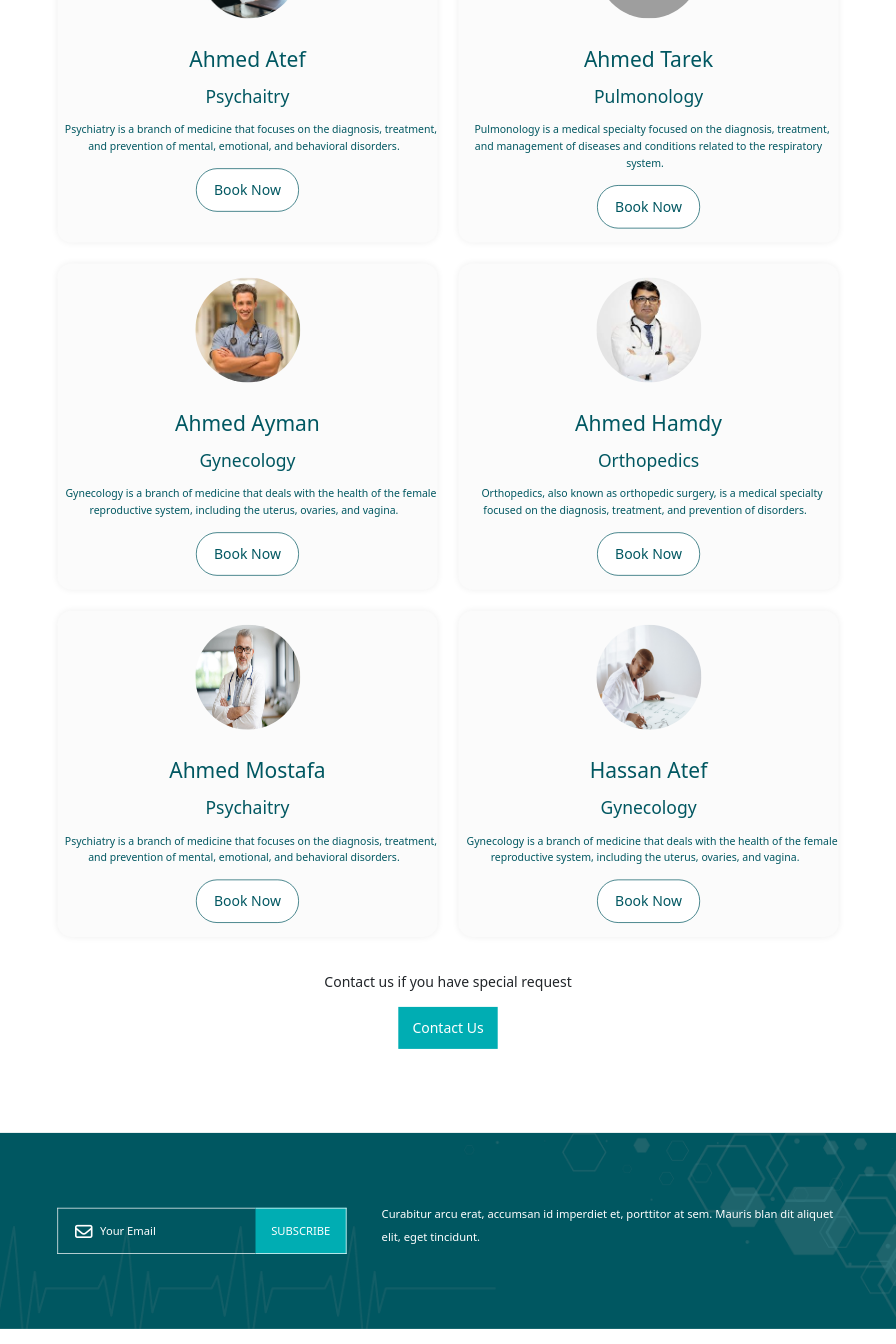
Repository: Ahmed123rezk123/Clinic
Page: index.html
The author's editor kept a copy of each file at every save. The page is drawn from the files as they stood at one save, then again after the next save.
The browser window is 1280 px wide. The pictures show the part of the page from y = 2769 to 4689 px (the page is 6039 px tall before and 6015 px after), at 70% of full size.
Pictures or frames that could not be fetched are drawn as grey boxes. Some web fonts or font styles are not loaded; a fallback is used.

Above is the page before, as saved 2024-04-26 18:52:26.

### index.html
<!DOCTYPE html>
<html lang="en">
  <head>
    <meta charset="UTF-8" />
    <meta name="viewport" content="width=device-width, initial-scale=1.0" />
    <title>Clinic</title>
    <!-- Render All Elements Normally -->
    <link rel="stylesheet" href="css/normalize.css" />
    <!-- Font Awesome Library -->
    <link rel="stylesheet" href="css/all.min.css" />
    <!-- Main Temlate css file -->
    <link rel="stylesheet" href="css/style.css" />
    <!-- Google Fonts -->
    <link rel="preconnect" href="https://fonts.googleapis.com" />
    <link rel="preconnect" href="https://fonts.gstatic.com" crossorigin />
    <link
      href="https://fonts.googleapis.com/css2?family=Edu+TAS+Beginner:wght@500&family=Open+Sans:wght@400;700&display=swap"
      rel="stylesheet"
    />
    <link href="https://cdn.jsdelivr.net/npm/bootstrap@5.3.2/dist/css/bootstrap.min.css" rel="stylesheet">
  </head>
  <body>
    <!-- Start Header -->
    <header>
      <div class="container" id="top">
        <a href="#" class="logo">
          <img src="images/logo.svg" alt="Logo" />
        </a>
        <nav>
          <i class="fas fa-bars menu"></i>
          <ul>
            <li><a href="#" class="active">Home</a></li>
            <li><a href="#">Services</a></li>
            <li><a href="#">Doctors</a></li>
            <li><a href="#">Blog</a></li>
            <li><a href="#">Contact</a></li>
          </ul>
          <div class="form">
            <i class="fas fa-search"></i>
          </div>
        </nav>
      </div>
    </header>
    <!-- End Header -->
    <!-- Start Landing -->
    <section class="landing">
      <div class="overlay">
        <div class="text">
          <div class="content">
            <h2>
              Welcome To Doclab<br />
              We get will soon
            </h2>
            <p>
              The new Doclab Hydro Renewal Ampoule is the latest K-Beauty secret
              of skin renewal and revitalization invention.
            </p>
          </div>
        </div>
        <img class="img-doctor" src="images/hero-banner.png" alt="" />
      </div>
      <i class="fas fa-angle-left icon1 fa-2x"></i>
      <i class="fas fa-angle-right icon2 fa-2x"></i>
      <ul class="bullets">
        <li></li>
        <li class="active"></li>
        <li></li>
      </ul>
    </section>
    <!-- End Landing -->
    <!-- Start Services -->
    <section class="services">
      <div class="container">
        <div class="main-content">
          <h2>Services</h2>
          <p>
            The new Doclab Hydro Renewal Ampoule is the latest K-Beauty secret
            of skin renewal and revitalization.
          </p>
        </div>
        <div class="services-content">
          <div class="div-content">
            <img src="images/icon-1.png" alt="" />
            <div class="text">
              <h2>Psychaitry</h2>
              <p>
                Psychiatry is a branch of medicine that focuses on the
                diagnosis, treatment, and prevention of mental, emotional, and
                behavioral disorders.
              </p>
            </div>
          </div>
          <div class="div-content">
            <img src="images/icon-2.png" alt="" />
            <div class="text">
              <h2>Gynecology</h2>
              <p>
                Gynecology is a branch of medicine that deals with the health of
                the female reproductive system, including the uterus, ovaries,
                and vagina.
              </p>
            </div>
          </div>
          <div class="div-content">
            <img src="images/icon-3.png" alt="" />
            <div class="text">
              <h2>Pulmonology</h2>
              <p>
                Pulmonology is a medical specialty focused on the diagnosis,
                treatment, and management of diseases and conditions related to
                the respiratory system.
              </p>
            </div>
          </div>
          <div class="div-content">
            <img src="images/icon-4.png" alt="" />
            <div class="text">
              <h2>Orthopedics</h2>
              <p>
                Orthopedics, also known as orthopedic surgery, is a medical
                specialty focused on the diagnosis, treatment, and prevention of
                disorders.
              </p>
            </div>
          </div>
        </div>
      </div>
    </section>
    <!-- End Services -->
    <!-- Start Design -->
    <section class="design">
      <div class="overlay">
        <div class="image">
          <!-- <img src="images/mobile.png" alt="" /> -->
        </div>
        <div class="text">
          <div class="content">
            <h2>Doctors Are Doing As Team . . .</h2>
            <div class="div-icon">
              <div class="div-content">
                <img src="images/icon-1.png" alt="" />
                <span>Dr: Ahmed Atef</span>
              </div>
              <div class="div-content">
                <img src="images/icon-2.png" alt="" />
                <span>Dr: Ahmed Ayman</span>
              </div>
              <div class="div-content">
                <img src="images/icon-3.png" alt="" />
                <span>Dr: Ahmed Mostafa</span>
              </div>
              <div class="div-content">
                <img src="images/icon-4.png" alt="" />
                <span>Dr: Ahmed Hamdy</span>
              </div>
            </div>
          </div>
        </div>
      </div>
    </section>
    <!-- End Design -->

    <!-- Start Princing -->
    <script>
      function book(){
      document.querySelector(".formation").style.display="block";
      }
    </script>

    <div class="princing">
      <div class="container">
        <div class="main-content">
          <h2>Blog</h2>
          <p>
            Lorem ipsum dolor sit amet consectetur adipisicing elit. Numquam,
            laborum ipsum adipisci perspiciatis dolorum.
          </p>
        </div>
        <div class="content">
        <div class="box">
          <div class="image">
            <img src="images/health-care.png" alt="">
          </div>
          <div class="text">
            <h2>Ahmed Atef</h2>
            <h4>Psychaitry</h4>
            <span>Psychiatry is a branch of medicine that focuses on the diagnosis, treatment, and prevention of mental, emotional, and behavioral disorders.</span>
          </div>

            <form class="formation" style="display: none;">
              <input type="text" placeholder="Name">
              <br>
              <br>
              <input type="text" placeholder="ID">
              <br><br>
              <input type="submit" value="submit" class="put">

            </form>
          <button onclick="book();">Book Now</button>

        </div>
        <div class="box">
          <div class="image">
            <img src="images/images (1).jfif" alt="">
          </div>
          <div class="text">
            <h2>Ahmed Tarek</h2>
            <h4>Pulmonology</h4>
            <span>Pulmonology is a medical specialty focused on the diagnosis, treatment, and management of diseases and conditions related to the respiratory system.</span>
          </div>
          <button>Book Now</button>
        </div>
        <div class="box">
          <div class="image">
            <img src="images/images (2).jfif" alt="">
          </div>
          <div class="text">
            <h2>Ahmed Ayman</h2>
            <h4>Gynecology</h4>
            <span>Gynecology is a branch of medicine that deals with the health of the female reproductive system, including the uterus, ovaries, and vagina.</span>
          </div>
          <form class="formation" style="display: none;">
            <input type="text" placeholder="Name">
            <br>
            <br>
            <input type="text" placeholder="ID">
            <br><br>
            <input type="submit" value="submit" class="put">

          </form>
          <button onclick="book();">Book Now</button>
        </div>
        <div class="box">
          <div class="image">
            <img src="images/images.jfif" alt="">
          </div>
          <div class="text">
            <h2>Ahmed Hamdy</h2>
            <h4>Orthopedics</h4>
            <span>Orthopedics, also known as orthopedic surgery, is a medical specialty focused on the diagnosis, treatment, and prevention of disorders.</span>
          </div>
          <button>Book Now</button>
        </div>
        <div class="box">
          <div class="image">
            <img src="images/doc.jpg" alt="">
          </div>
          <div class="text">
            <h2>Ahmed Mostafa</h2>
            <h4>Psychaitry</h4>
            <span>Psychiatry is a branch of medicine that focuses on the diagnosis, treatment, and prevention of mental, emotional, and behavioral disorders.</span>
          </div>
          <form class="formation" style="display: none;">
            <input type="text" placeholder="Name">
            <br>
            <br>
            <input type="text" placeholder="ID">
            <br><br>
            <input type="submit" value="submit" class="put">

          </form>
          <button onclick="book();">Book Now</button>
        </div>
        <div class="box">
          <div class="image">
            <img src="images/laboratories.png" alt="">
          </div>
          <div class="text">
            <h2>Hassan Atef</h2>
            <h4>Gynecology</h4>
            <span>Gynecology is a branch of medicine that deals with the health of the female reproductive system, including the uterus, ovaries, and vagina.</span>
          </div>
          <form class="formation" style="display: none;">
            <input type="text" placeholder="Name">
            <br>
            <br>
            <input type="text" placeholder="ID">
            <br><br>
            <input type="submit" value="submit" class="put">
          </form>
          <button onclick="book();">Book Now</button>
        </div>
        </div>
        <p class="parag-content">Contact us if you have special request</p>
        <a href="#" class="lnk">Contact Us</a>
      </div>
    </div>
    <!-- End Princing -->

    <!-- Start Subscribe -->
    <div class="subscribe">
      <div class="container">
        <form action="">
          <i class="far fa-envelope"></i>
          <input type="email" name="mail" placeholder="Your Email" />
          <input type="submit" value="Subscribe" />
        </form>
        <p>
          Curabitur arcu erat, accumsan id imperdiet et, porttitor at sem.
          Mauris blan dit aliquet elit, eget tincidunt.
        </p>
      </div>
    </div>
    <!-- End Subscribe -->
    <!-- Start CONTACT US -->

    <div class="contact">
      <div class="container">
        <div class="main-content">
          <h2>contact us</h2>
          <p>
            Lorem ipsum dolor sit amet consectetur adipisicing elit. Numquam,
            laborum ipsum adipisci perspiciatis dolorum.
          </p>
        </div>
        <div class="content">
          <form action="">
            <input
              class="inp"
              type="text"
              name="name"
              placeholder="Your Name"
            />
            <input
              class="inp"
              type="email"
              name="mail"
              placeholder="Your Email"
            />
            <textarea
              class="inp"
              name="message"
              placeholder="Your Message"
            ></textarea>
            <input type="submit" value="Send Message" />
          </form>
          <div class="text">
            <h4>GET IN TOUCH</h4>
            <span class="phone">+00 123.456.789</span>
            <span class="phone">+00 123.456.789</span>

            <h4>WHERE WE ARE</h4>
            <ul>
              <li>Awesome Address 17</li>
              <li>New York, NYC</li>
              <li>123-4567-890</li>
              <li>USA</li>
            </ul>
          </div>
        </div>
      </div>
    </div>
    <!-- End CONTACT US -->

    <!-- Start Footer -->
    <div class="footer">
      <div class="container">
        <img src="images/logo.svg" alt="Logo" />
        <div class="text">
          <h2>We Are Social</h2>
          <a href="#"><i class="fab fa-facebook-f"></i></a>
          <a href="#"><i class="fab fa-twitter"></i></a>
          <a href="#"> <i class="fas fa-home"></i></a>
          <a href="#"><i class="fab fa-linkedin"></i></a>
        </div>
        <p>&copy; 2024 <span>Clinic</span> All Right Reserved</p>
      </div>
    </div>
    <!-- End Footer -->
    <a href="#top" class="up"><i class="fas fa-arrow-up"></i></a>
  </body>
</html>

Loaded but not shown: css/normalize.css (library); css/all.min.css (library); css/style.css (874 lines, source omitted)

After the next save:
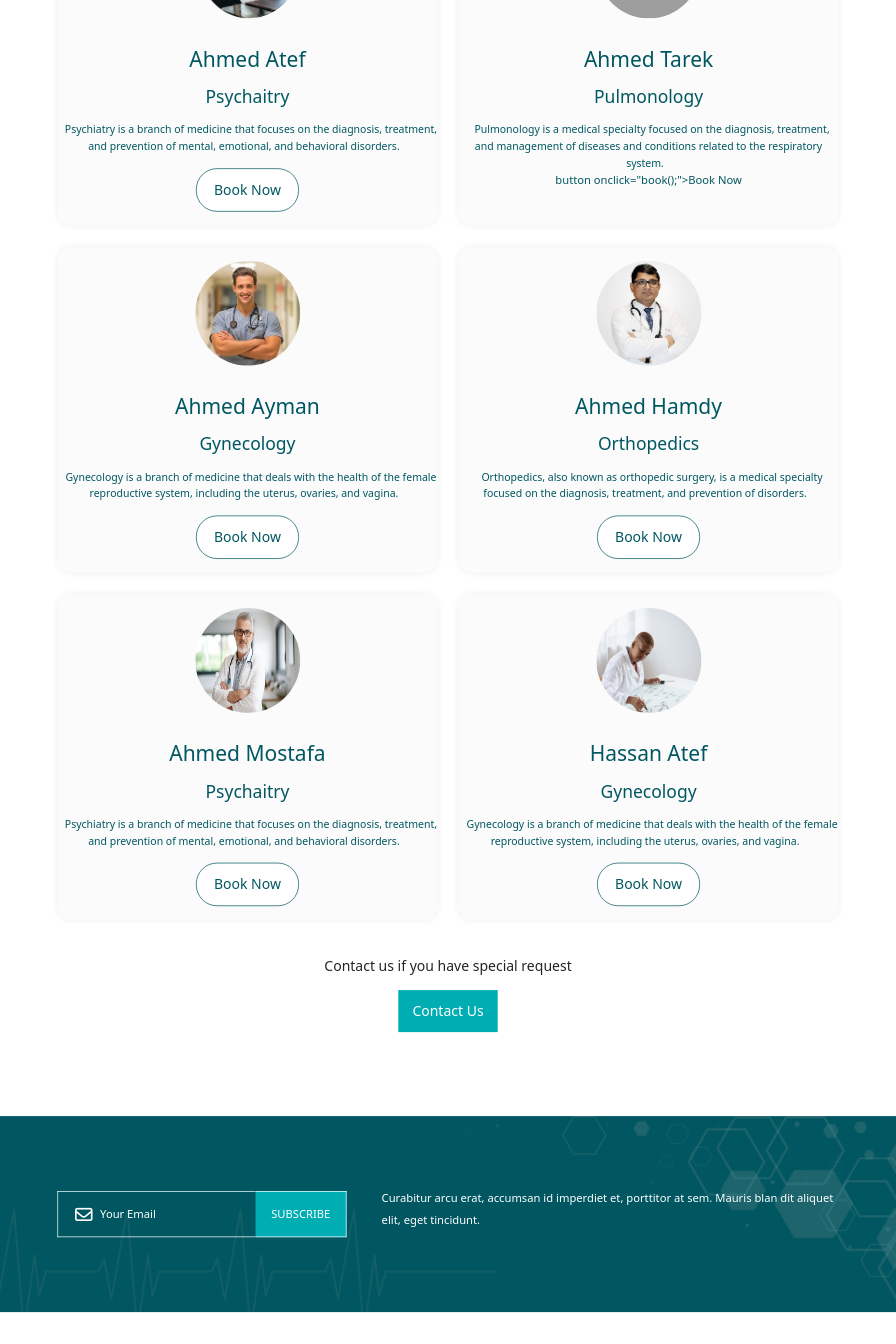
Saved 45 s later.
--- a/index.html
+++ b/index.html
@@ -208,7 +208,7 @@
             <h4>Pulmonology</h4>
             <span>Pulmonology is a medical specialty focused on the diagnosis, treatment, and management of diseases and conditions related to the respiratory system.</span>
           </div>
-          <button>Book Now</button>
+          button onclick="book();">Book Now</button>
         </div>
         <div class="box">
           <div class="image">

After the save that followed:
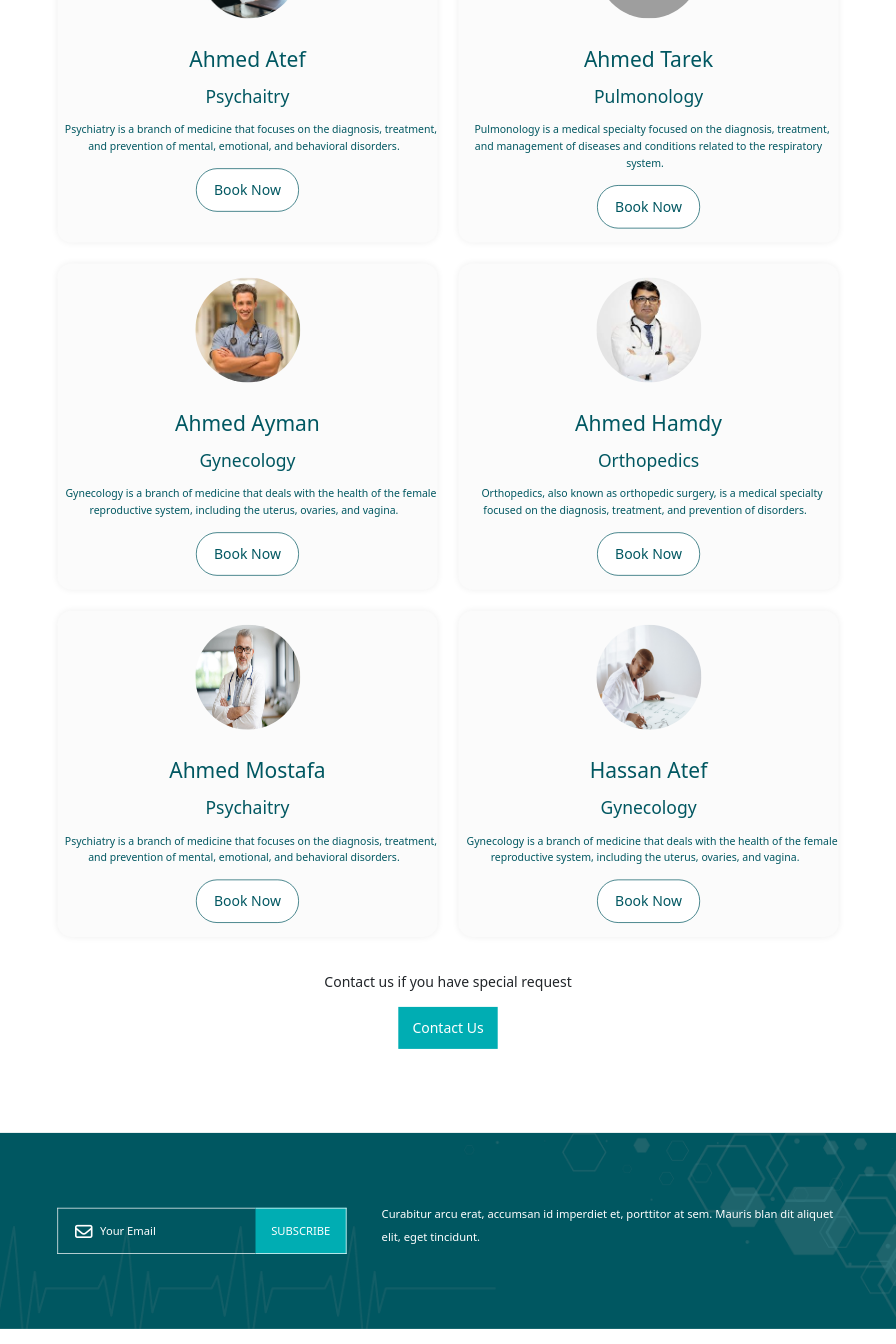
Saved 4 s later.
--- a/index.html
+++ b/index.html
@@ -208,7 +208,7 @@
             <h4>Pulmonology</h4>
             <span>Pulmonology is a medical specialty focused on the diagnosis, treatment, and management of diseases and conditions related to the respiratory system.</span>
           </div>
-          button onclick="book();">Book Now</button>
+          <button onclick="book();">Book Now</button>
         </div>
         <div class="box">
           <div class="image">
